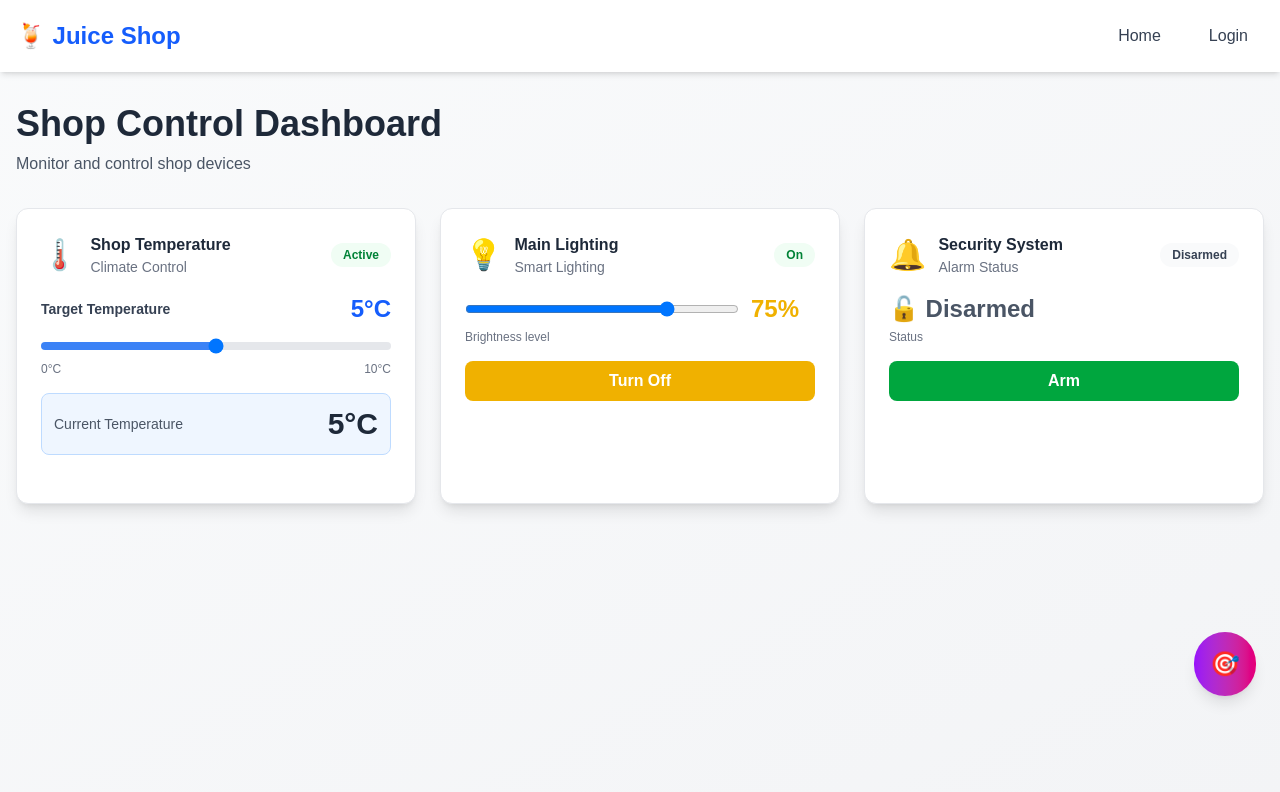
Repository: andreamagazzini/smart-juice-shop
Page: /iot-controls
The author's editor kept a copy of each file at every save. The page is drawn from the files as they stood at one save, then again after the next save.
The browser window is 1280 px wide. The pictures show the whole page.
The page's requests for data from a server got no answer. The project was rebuilt for these pictures with package versions that can differ from the ones it lists, and the page was loaded fresh each time. The framework's server and built-in components were replaced by stand-ins that run in the browser. No one was signed in, and anything a server would have sent is missing. Also part of the build but not shown: next.config.ts, components/Toast.tsx, components/Modal.tsx.

Above is the page before, as saved 2025-10-28 15:59:56.

### app/layout.tsx
import type { Metadata } from "next";
import { Geist, Geist_Mono } from "next/font/google";
import "./globals.css";
import Navigation from "@/components/Navigation";
import ChallengesDrawer from "@/components/ChallengesDrawer";

const geistSans = Geist({
  variable: "--font-geist-sans",
  subsets: ["latin"],
});

const geistMono = Geist_Mono({
  variable: "--font-geist-mono",
  subsets: ["latin"],
});

export const metadata: Metadata = {
  title: "Next.js Juice Shop - Security Training",
  description: "An intentionally insecure web application for security training",
};

export default function RootLayout({
  children,
}: Readonly<{
  children: React.ReactNode;
}>) {
  return (
    <html lang="en">
      <body
        className={`${geistSans.variable} ${geistMono.variable} antialiased`}
      >
        <Navigation />
        {children}
        <ChallengesDrawer />
      </body>
    </html>
  );
}

### app/iot-controls/page.tsx
'use client'

import { useState, useEffect } from 'react'

export default function IoTControlsPage() {
  const [temp, setTemp] = useState(5)
  const [currentTemp, setCurrentTemp] = useState(5)
  const [lighting, setLighting] = useState(75)
  const [lightsOff, setLightsOff] = useState(false)
  const [alarmArmed, setAlarmArmed] = useState(false)
  const [showDisarmDialog, setShowDisarmDialog] = useState(false)

  const [credentials, setCredentials] = useState({ username: '', password: '' })
  const [showCredentialsModal, setShowCredentialsModal] = useState(false)
  const [deviceRequiringAuth, setDeviceRequiringAuth] = useState<string | null>(null)
  const [authenticated, setAuthenticated] = useState(false)

  // Gradually adjust current temperature toward target (1 degree every 5 seconds)
  useEffect(() => {
    const interval = setInterval(() => {
      if (currentTemp !== temp) {
        setCurrentTemp(prev => {
          if (prev < temp) return prev + 1
          if (prev > temp) return prev - 1
          return prev
        })
      }
    }, 5000)

    return () => clearInterval(interval)
  }, [currentTemp, temp])

  const handleTempChange = (newTemp: number) => {
    if (authenticated || !credentials.username) {
      setTemp(newTemp)
    } else {
      setDeviceRequiringAuth('temp')
      setShowCredentialsModal(true)
    }
  }


  const handleCredentialsSubmit = () => {
    const defaultUsers = [
      { username: 'admin', password: 'admin' },
      { username: 'user', password: 'user' },
      { username: 'admin', password: '1234' }
    ]

    const isValid = defaultUsers.some(
      u => u.username === credentials.username && u.password === credentials.password
    )

    if (isValid) {
      setAuthenticated(true)
      setShowCredentialsModal(false)
      if (deviceRequiringAuth === 'temp') {
        // Just authenticate, don't change temp yet
      }
      setCredentials({ username: '', password: '' })
      setDeviceRequiringAuth(null)
    } else {
      alert('Invalid credentials')
    }
  }

  return (
    <>
      {/* Lights Off Easter Egg */}
      {lightsOff && (
        <div className="fixed inset-0 bg-black z-50 flex items-center justify-center">
          <div className="text-center">
            <button
              onClick={() => {
                setLightsOff(false)
                setLighting(75)
              }}
              className="text-6xl hover:scale-110 transition-transform duration-300"
            >
              💡
            </button>
            <p className="text-white mt-4 text-lg">The lights are off!</p>
          </div>
        </div>
      )}

      <div className="min-h-screen bg-gradient-to-br from-gray-50 to-gray-100 py-8">
        <div className="container mx-auto px-4">
        <div className="mb-8">
          <h1 className="text-4xl font-bold text-gray-800 mb-2">
            Shop Control Dashboard
          </h1>
          <p className="text-gray-600">
            Monitor and control shop devices
          </p>
        </div>

        <div className="grid grid-cols-1 md:grid-cols-3 gap-6 max-w-7xl mx-auto">
          {/* Temperature Control */}
          <div className="bg-white rounded-xl shadow-lg p-6 border border-gray-200">
            <div className="flex items-center justify-between mb-4">
              <div className="flex items-center gap-3">
                <span className="text-3xl">🌡️</span>
                <div>
                  <h3 className="font-bold text-gray-800">Shop Temperature</h3>
                  <p className="text-sm text-gray-500">Climate Control</p>
                </div>
              </div>
              <span className="px-3 py-1 bg-green-50 text-green-700 rounded-full text-xs font-semibold">
                Active
              </span>
            </div>

            <div className="mb-6 space-y-4">
              <div>
                <div className="flex items-center justify-between mb-2">
                  <span className="text-sm font-semibold text-gray-700">Target Temperature</span>
                  <span className="text-2xl font-bold text-blue-600">{temp}°C</span>
                </div>
                <input
                  type="range"
                  min="0"
                  max="10"
                  value={temp}
                  onChange={(e) => handleTempChange(parseInt(e.target.value))}
                  className="w-full h-2 bg-gray-200 rounded-lg appearance-none cursor-pointer"
                  style={{
                    background: `linear-gradient(to right, #3b82f6 0%, #3b82f6 ${(temp/10)*100}%, #e5e7eb ${(temp/10)*100}%, #e5e7eb 100%)`
                  }}
                />
                <div className="flex justify-between text-xs text-gray-500 mt-1">
                  <span>0°C</span>
                  <span>10°C</span>
                </div>
              </div>

              <div className="bg-blue-50 rounded-lg p-3 border border-blue-200">
                <div className="flex items-center justify-between">
                  <span className="text-sm text-gray-600">Current Temperature</span>
                  <span className="text-3xl font-bold text-gray-800">{currentTemp}°C</span>
                </div>
              </div>
            </div>
          </div>

          {/* Main Lighting */}
          <div className="bg-white rounded-xl shadow-lg p-6 border border-gray-200">
            <div className="flex items-center justify-between mb-4">
              <div className="flex items-center gap-3">
                <span className="text-3xl">💡</span>
                <div>
                  <h3 className="font-bold text-gray-800">Main Lighting</h3>
                  <p className="text-sm text-gray-500">Smart Lighting</p>
                </div>
              </div>
              <span className="px-3 py-1 bg-green-50 text-green-700 rounded-full text-xs font-semibold">
                On
              </span>
            </div>

            <div className="mb-4">
              <div className="flex items-center gap-3">
                <input
                  type="range"
                  min="0"
                  max="100"
                  value={lighting}
                  onChange={(e) => setLighting(parseInt(e.target.value))}
                  className="flex-1"
                />
                <span className="text-2xl font-bold text-yellow-500 w-16">{lighting}%</span>
              </div>
              <p className="text-xs text-gray-500 mt-1">Brightness level</p>
            </div>

            <button
              onClick={() => {
                if (lighting === 0) {
                  setLighting(75)
                  setLightsOff(false)
                } else {
                  setLighting(0)
                  setTimeout(() => setLightsOff(true), 500)
                }
              }}
              className="w-full px-4 py-2 bg-yellow-500 text-white rounded-lg hover:bg-yellow-600 font-semibold transition"
            >
              {lighting === 0 ? 'Turn On' : 'Turn Off'}
            </button>
          </div>

          {/* Security System */}
          <div className="bg-white rounded-xl shadow-lg p-6 border border-gray-200">
            <div className="flex items-center justify-between mb-4">
              <div className="flex items-center gap-3">
                <span className="text-3xl">🔔</span>
                <div>
                  <h3 className="font-bold text-gray-800">Security System</h3>
                  <p className="text-sm text-gray-500">Alarm Status</p>
                </div>
              </div>
              <span className={`px-3 py-1 rounded-full text-xs font-semibold ${
                alarmArmed
                  ? 'bg-red-50 text-red-700'
                  : 'bg-gray-50 text-gray-700'
              }`}>
                {alarmArmed ? 'Armed' : 'Disarmed'}
              </span>
            </div>

            <div className="mb-4">
              <div className={`text-2xl font-bold ${alarmArmed ? 'text-red-600' : 'text-gray-600'}`}>
                {alarmArmed ? '🚨 Armed' : '🔓 Disarmed'}
              </div>
              <p className="text-xs text-gray-500 mt-1">Status</p>
            </div>

            <button
              onClick={() => {
                if (alarmArmed) {
                  setShowDisarmDialog(true)
                } else {
                  setAlarmArmed(true)
                }
              }}
              className={`w-full px-4 py-2 text-white rounded-lg font-semibold transition ${
                alarmArmed
                  ? 'bg-red-600 hover:bg-red-700'
                  : 'bg-green-600 hover:bg-green-700'
              }`}
            >
              {alarmArmed ? 'Disarm' : 'Arm'}
            </button>
          </div>
        </div>

        {/* Disarm Confirmation Dialog */}
        {showDisarmDialog && (
          <div className="fixed inset-0 bg-black bg-opacity-50 flex items-center justify-center z-50">
            <div className="bg-white rounded-2xl p-8 max-w-md w-full mx-4 shadow-2xl">
              <h3 className="text-2xl font-bold text-gray-800 mb-4">Disarm Security System?</h3>
              <p className="text-gray-600 mb-6">
                Are you sure you want to disarm the security system? This action cannot be undone.
              </p>

              <div className="flex gap-3">
                <button
                  onClick={() => setShowDisarmDialog(false)}
                  className="flex-1 px-4 py-2 border-2 border-gray-300 text-gray-700 rounded-lg hover:bg-gray-50 font-semibold"
                >
                  Cancel
                </button>
                <button
                  onClick={() => {
                    setAlarmArmed(false)
                    setShowDisarmDialog(false)
                  }}
                  className="flex-1 px-4 py-2 bg-green-600 text-white rounded-lg hover:bg-green-700 font-semibold"
                >
                  Yes, Disarm
                </button>
              </div>
            </div>
          </div>
        )}

        {/* Credentials Modal */}
        {showCredentialsModal && (
          <div className="fixed inset-0 bg-black bg-opacity-50 flex items-center justify-center z-50" onClick={() => setShowCredentialsModal(false)}>
            <div className="bg-white rounded-2xl p-8 max-w-md w-full mx-4 shadow-2xl" onClick={(e) => e.stopPropagation()}>
              <h3 className="text-2xl font-bold text-gray-800 mb-4">Device Authentication Required</h3>
              <p className="text-gray-600 mb-6">Please enter your credentials</p>

              <div className="space-y-4">
                <div>
                  <label className="block text-sm font-semibold text-gray-700 mb-2">Username</label>
                  <input
                    type="text"
                    value={credentials.username}
                    onChange={(e) => setCredentials({ ...credentials, username: e.target.value })}
                    placeholder="Username"
                    className="w-full px-4 py-3 border-2 border-gray-300 rounded-lg focus:outline-none focus:ring-2 focus:ring-blue-500 text-gray-900"
                  />
                </div>

                <div>
                  <label className="block text-sm font-semibold text-gray-700 mb-2">Password</label>
                  <input
                    type="password"
                    value={credentials.password}
                    onChange={(e) => setCredentials({ ...credentials, password: e.target.value })}
                    placeholder="Password"
                    className="w-full px-4 py-3 border-2 border-gray-300 rounded-lg focus:outline-none focus:ring-2 focus:ring-blue-500 text-gray-900"
                  />
                </div>
              </div>

              <div className="flex gap-3 mt-6">
                <button
                  onClick={() => setShowCredentialsModal(false)}
                  className="flex-1 px-4 py-2 border-2 border-gray-300 text-gray-700 rounded-lg hover:bg-gray-50 font-semibold"
                >
                  Cancel
                </button>
                <button
                  onClick={handleCredentialsSubmit}
                  className="flex-1 px-4 py-2 bg-blue-600 text-white rounded-lg hover:bg-blue-700 font-semibold"
                >
                  Authenticate
                </button>
              </div>
            </div>
          </div>
        )}
      </div>
    </div>
    </>
  )
}

### components/Navigation.tsx
'use client'

import Link from 'next/link'
import { usePathname } from 'next/navigation'
import { useEffect, useState } from 'react'
import { completeChallenge } from '@/lib/browser-db'
import Toast from './Toast'

export default function Navigation() {
  const pathname = usePathname()
  const [user, setUser] = useState<{ email: string; isAdmin: boolean; role?: string } | null>(null)
  const [toast, setToast] = useState({ show: false, message: '' })

  useEffect(() => {
    // Setup global toast function
    window.showChallengeToast = (message: string) => {
      setToast({ show: true, message })
    }

    return () => {
      window.showChallengeToast = undefined
    }
  }, [])

  useEffect(() => {
    // Check if user is logged in - check session cookie via API
    const checkAuth = async () => {
      try {
        // Call API to get current user from session cookie
        const response = await fetch('/api/auth/current')
        const { user: newUser } = await response.json()

        const userData = localStorage.getItem('currentUser')
        const previousUser = userData ? JSON.parse(userData) : null

        if (newUser) {
          console.log('✅ User from session:', newUser)

          // Get user data from localStorage to include additional fields
          const storedUserData = localStorage.getItem('currentUser')
          const fullUserData = storedUserData ? JSON.parse(storedUserData) : null

          // Merge API user data with localStorage user data
          // Determine role from email
          const isEmployeeEmail = newUser.email === 'employee@juice-shop.com' || newUser.email === 'worker@juice-shop.com'
          const isAdminEmail = newUser.email === 'admin@juice-shop.com' || newUser.email === 'admin@admin.com'
          const userRole = isEmployeeEmail ? 'employee' : (isAdminEmail ? 'admin' : (fullUserData?.role || 'customer'))

          const completeUser = {
            email: newUser.email,
            isAdmin: newUser.isAdmin || isAdminEmail,
            role: userRole,
            id: fullUserData?.id || newUser.id
          }

          // Check if this is a different user (session hijacking!)
          if (previousUser && previousUser.email !== completeUser.email) {
            console.log('🎯 Session hijacking detected!')
            // Mark session hijacking challenge as complete
            const completed = await completeChallenge(completeUser.isAdmin ? 1 : 2, 'sessionHijacking')
            if (completed) {
              setToast({ show: true, message: 'Session Hijacking challenge completed!' })
            }
          }

          setUser(completeUser)
          // Update localStorage to match the session cookie with full data
          localStorage.setItem('currentUser', JSON.stringify(completeUser))
          return
        }
      } catch (error) {
        console.error('Error checking auth:', error)
      }

      // Fall back to localStorage if no valid session cookie
      const userData = localStorage.getItem('currentUser')
      if (userData) {
        setUser(JSON.parse(userData))
      } else {
        setUser(null)
      }
    }

    checkAuth()

    // Listen for auth changes
    window.addEventListener('storage', checkAuth)

    // Also check on focus (in case session cookie changed)
    const handleFocus = () => checkAuth()
    window.addEventListener('focus', handleFocus)

    return () => {
      window.removeEventListener('storage', checkAuth)
      window.removeEventListener('focus', handleFocus)
    }
  }, [])

  const handleLogout = async () => {
    // Call API to clear server-side session cookie
    await fetch('/api/auth/logout', { method: 'POST' })

    // Clear localStorage
    localStorage.removeItem('currentUser')
    localStorage.clear()
    sessionStorage.clear()

    // Clear session cookie client-side as well
    document.cookie = 'session=; expires=Thu, 01 Jan 1970 00:00:00 UTC; path=/;'
    document.cookie = 'session=; expires=Thu, 01 Jan 1970 00:00:00 UTC; path=/; domain=' + window.location.hostname + ';'
    document.cookie = 'session=; expires=Thu, 01 Jan 1970 00:00:00 UTC; path=/; domain=.' + window.location.hostname + ';'

    setUser(null)

    // Redirect to home
    window.location.href = '/'
  }

  const isActive = (path: string) => pathname === path

  return (
    <nav className="bg-white shadow-md sticky top-0 z-40">
      <div className="container mx-auto px-4">
        <div className="flex justify-between items-center py-4">
          <Link href="/" className="text-2xl font-bold text-blue-600">
            🍹 Juice Shop
          </Link>

          <div className="flex gap-4 items-center">
            <Link
              href="/"
              className={`px-4 py-2 rounded-lg transition ${
                isActive('/')
                  ? 'bg-blue-600 text-white font-semibold'
                  : 'text-gray-700 hover:text-blue-600'
              }`}
            >
              Home
            </Link>

            {user ? (
              <>
                <span className="px-4 py-2 text-sm text-gray-700">
                  👤 {user.email}
                  {user.isAdmin && <span className="ml-2 text-red-600">(Admin)</span>}
                  {user.role === 'employee' && <span className="ml-2 text-blue-600">(Employee)</span>}
                </span>
                {user.isAdmin && (
                  <Link
                    href="/admin"
                    className={`px-4 py-2 rounded-lg transition ${
                      isActive('/admin')
                        ? 'bg-purple-600 text-white font-semibold'
                        : 'text-purple-700 hover:text-purple-600'
                    }`}
                  >
                    🔒 Admin
                  </Link>
                )}
                {(user.role === 'employee' || user.isAdmin) && (
                  <Link
                    href="/iot-controls"
                    className={`px-4 py-2 rounded-lg transition ${
                      isActive('/iot-controls')
                        ? 'bg-indigo-600 text-white font-semibold'
                        : 'text-indigo-700 hover:text-indigo-600'
                    }`}
                  >
                    🏪 IoT Controls
                  </Link>
                )}
                <button
                  onClick={handleLogout}
                  className="px-4 py-2 rounded-lg text-gray-700 hover:text-red-600 transition"
                >
                  Logout
                </button>
              </>
            ) : (
              <Link
                href="/login"
                className={`px-4 py-2 rounded-lg transition ${
                  isActive('/login')
                    ? 'bg-blue-600 text-white font-semibold'
                    : 'text-gray-700 hover:text-blue-600'
                }`}
              >
                Login
              </Link>
            )}
          </div>
        </div>
      </div>

      <Toast
        message={toast.message}
        show={toast.show}
        onClose={() => setToast({ show: false, message: '' })}
      />
    </nav>
  )
}

Loaded but not shown: app/globals.css (common file); lib/browser-db.ts (472 lines, source omitted); components/ChallengesDrawer.tsx (367 lines, source omitted)

After the next save:
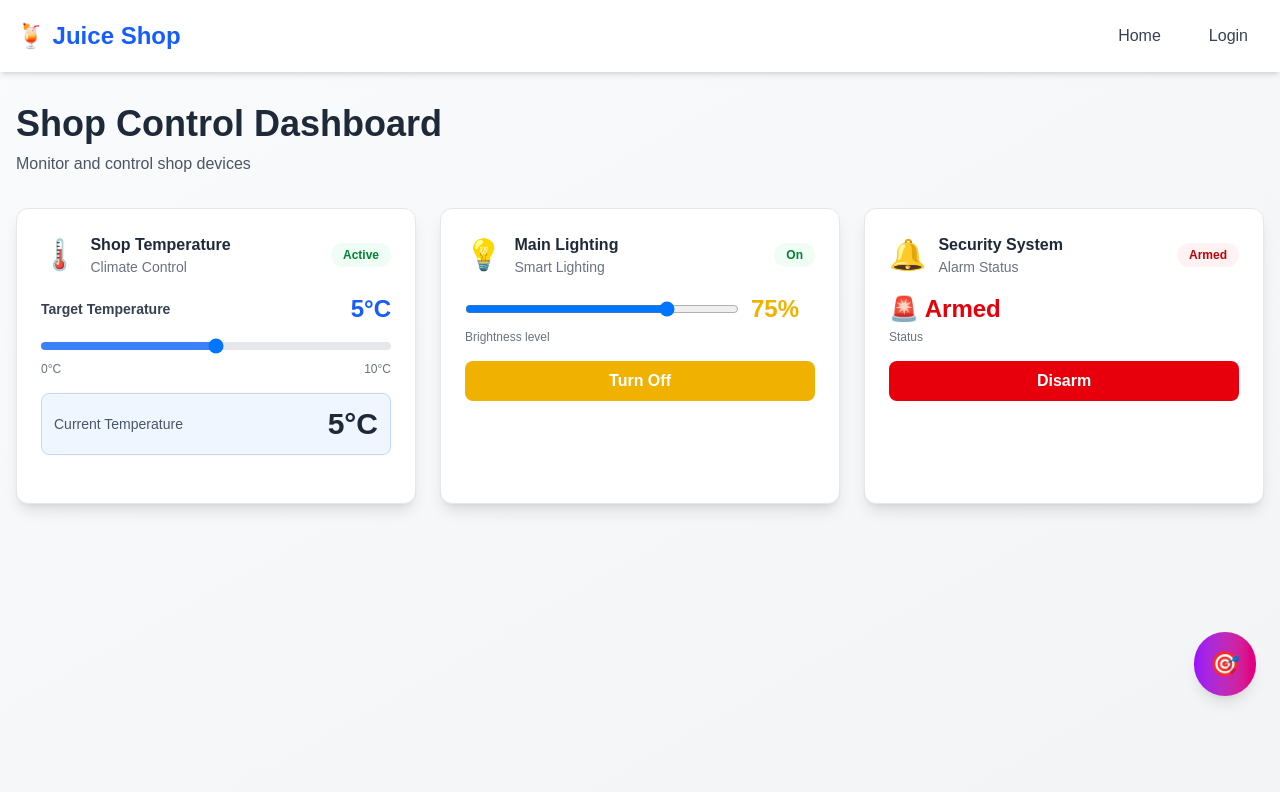
Saved 4 min 54 s later.
--- a/app/iot-controls/page.tsx
+++ b/app/iot-controls/page.tsx
@@ -7,7 +7,7 @@ export default function IoTControlsPage() {
   const [currentTemp, setCurrentTemp] = useState(5)
   const [lighting, setLighting] = useState(75)
   const [lightsOff, setLightsOff] = useState(false)
-  const [alarmArmed, setAlarmArmed] = useState(false)
+  const [alarmArmed, setAlarmArmed] = useState(true)
   const [showDisarmDialog, setShowDisarmDialog] = useState(false)
 
   const [credentials, setCredentials] = useState({ username: '', password: '' })
